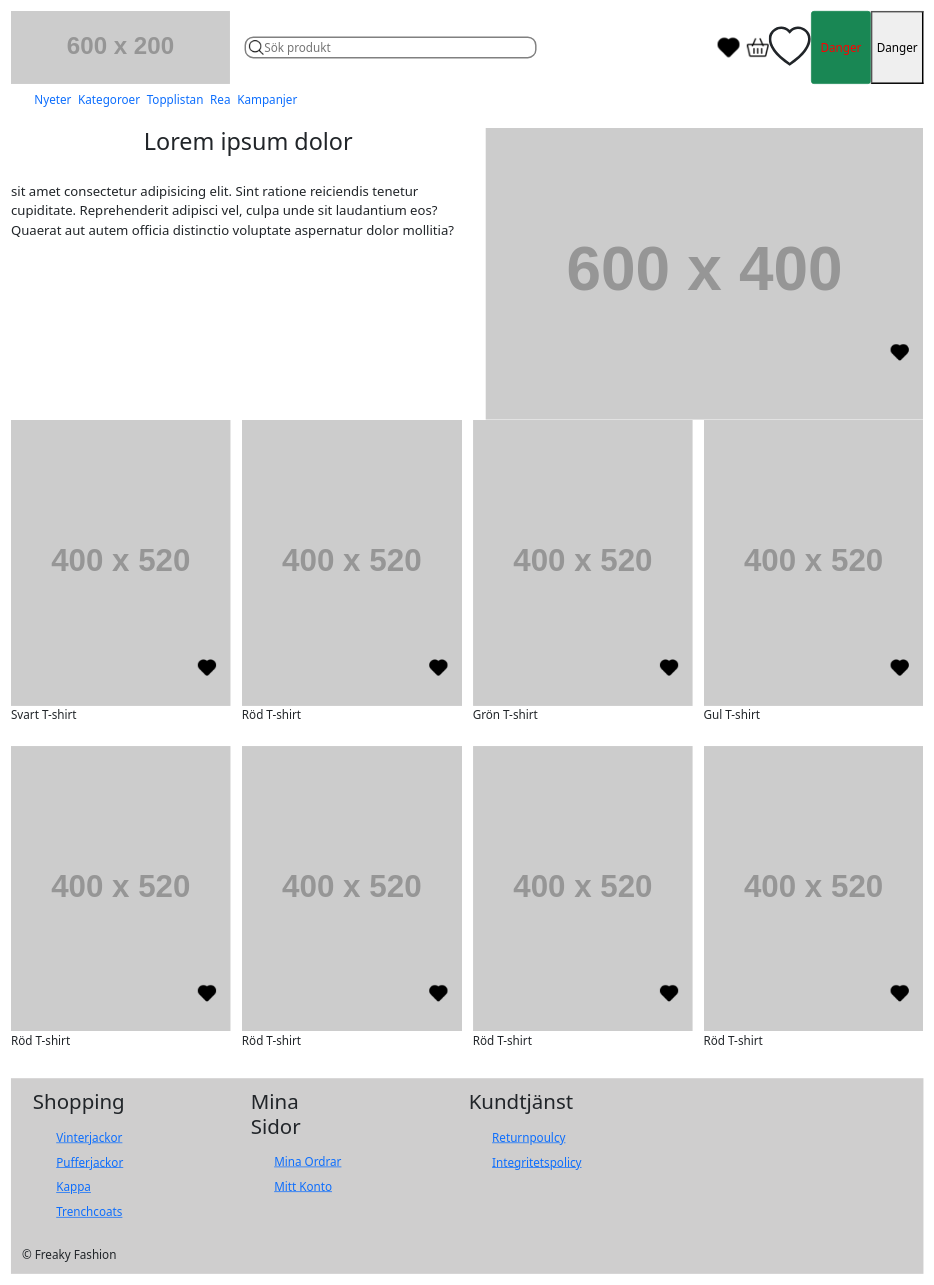
Repository: Kalle1995/project
Page: index.html
The author's editor kept a copy of each file at every save. The page is drawn from the files as they stood at one save, then again after the next save.
The browser window is 1280 px wide. The pictures show the whole page, at 73% of full size.

Above is the page before, as saved 2024-10-06 19:17:52.

### index.html
<!DOCTYPE html>
<html lang="sv">

<head>
  <meta charset="UTF-8" />
  <meta name="viewport" content="width=device-width, initial-scale=1.0" />
  <title>Freaky Fashion</title>

  <link rel="stylesheet" href="main.css" />
  <link href="https://cdn.jsdelivr.net/npm/bootstrap@5.0.2/dist/css/bootstrap.min.css" rel="stylesheet" integrity="sha384-EVSTQN3/azprG1Anm3QDgpJLIm9Nao0Yz1ztcQTwFspd3yD65VohhpuuCOmLASjC" crossorigin="anonymous">
</head>

<body>
  <header>
    <section>
      <div class="wholeHead">
        <img src="https://placehold.co/600x200 " alt="icon" class="icon" />

        <div class="searchAndIcons">
          <input type="search" placeholder="Sök produkt" class="search">
          <div class="headIcons">
            <a href="#"><img src="bilder/full heart.png" alt="favourite"></a>
            <a href="#"><img src="bilder/cart.png" alt="cart"></a>
          </div>
        </div>

        <svg class="heart" xmlns="http://www.w3.org/2000/svg" width="100" height="100" fill="currentColor" class="bi bi-heart" viewBox="0 0 16 16">
          <path d="m8 2.748-.717-.737C5.6.281 2.514.878 1.4 3.053c-.523 1.023-.641 2.5.314 4.385.92 1.815 2.834 3.989 6.286 6.357 3.452-2.368 5.365-4.542 6.286-6.357.955-1.886.838-3.362.314-4.385C13.486.878 10.4.28 8.717 2.01zM8 15C-7.333 4.868 3.279-3.04 7.824 1.143q.09.083.176.171a3 3 0 0 1 .176-.17C12.72-3.042 23.333 4.867 8 15"/>
        </svg>

        <button type="button" class="custom btn btn-success">Danger</button>
        <button type="button">Danger</button>
      </div

      <!-- jag behöver fixa att man kan sriva och iconen förvinner -->
      <!-- om, jag har div för input typ så den ta hela raden -->

      <div>
        <nav class="NavList">
          <ul>
            <li class="nav-list-item"><a href="#">Nyeter</a></li>
            <li class="nav-list-item hide-on-mobile ejnav"><a href="#">Kategoroer</a></li>
            <li class="nav-list-item"><a href="#">Topplistan</a></li>
            <li class="nav-list-item"><a href="#">Rea</a></li>
            <li class="nav-list-item"><a href="#">Kampanjer</a></li>
          </ul>
        </nav>
      </div>

      <!-- <dl> och <dt> använda man i detta falet  -->

    </section>
  </header>

  <main>
    <section class="mid">
      <article>
        <fieldset class="head">
          <img class="head-image" src="https://placehold.co/600x400" alt="" class="loremPic">
          <div>
            <h2 class="head-title">Lorem ipsum dolor</h2>
            <p class="head-text">
              <br>sit amet consectetur adipisicing elit. Sint ratione reiciendis tenetur cupiditate. Reprehenderit
              adipisci
              vel, culpa unde sit laudantium eos? Quaerat aut autem officia distinctio voluptate aspernatur dolor
              mollitia?
            </p>
          </div>
        </fieldset><img class="product-icon" src="bilder/full heart.png" alt="">
      </article>
    </section>
    <section class="products">
      <!-- grid container -->
      <div class="product">
        <img class="product-icon" src="bilder/full heart.png" alt="">
        <img class="product-pic" src="https://placehold.co/400x520/png?text=Black+T-shirt" alt="Svart T-shirt" />
        <p>Svart T-shirt</p>
      </div>

      <div class="product">
        <img class="product-icon" src="bilder/full heart.png" alt="">
        <img class="product-pic" src="https://placehold.co/400x520/png?text=Red+T-shirt" alt="" />
        <p>Röd T-shirt</p>
      </div>

      <div class="product">
        <img class="product-icon" src="bilder/full heart.png" alt="">
        <img class="product-pic" src="https://placehold.co/400x520/png?text=Green+T-shirt" alt="" />
        <p>Grön T-shirt</p>
      </div>

      <div class="product">
        <img class="product-icon" src="bilder/full heart.png" alt="">
        <img class="product-pic" src="https://placehold.co/400x520/png?text=Gul+T-shirt" alt="" />
        <p>Gul T-shirt</p>

      </div>

      <div class="product">
        <img class="product-icon" src="bilder/full heart.png" alt="">
        <img class="product-pic" src="https://placehold.co/400x520/png?text=Red+T-shirt" alt="">
        <p>Röd T-shirt</p>
      </div>

      <div class="product">
        <img class="product-icon" src="bilder/full heart.png" alt="">
        <img class="product-pic" src="https://placehold.co/400x520/png?text=Red+T-shirt" alt="">
        <p>Röd T-shirt</p>
      </div>

      <div class="product">
        <img class="product-icon" src="bilder/full heart.png" alt="">
        <img class="product-pic" src="https://placehold.co/400x520/png?text=Red+T-shirt" alt="">
        <p>Röd T-shirt</p>
      </div>

      <div class="product">
        <img class="product-icon" src="bilder/full heart.png" alt="">
        <img class="product-pic" src="https://placehold.co/400x520/png?text=Red+T-shirt" alt="">
        <p>Röd T-shirt</p>
      </div>
    </section>
  </main>

  <br>

  <footer class="normal-footer">
    <div class="list-container">
        <div class="list">
            <h3>Shopping</h3>
            <li>
                <ul><a href="#">Vinterjackor</a></ul>
                <ul><a href="#">Pufferjackor</a></ul>
                <ul><a href="#">Kappa</a></ul>
                <ul><a href="#">Trenchcoats</a></ul>
            </li>
        </div>

        <div class="list">
            <h3>Mina Sidor</h3>
            <li>
                <ul><a href="#">Mina Ordrar</a></ul>
                <ul><a href="#">Mitt Konto</a></ul>
            </li>
        </div>

        <div class="list">
            <h3>Kundtjänst</h3>
            <li>
                <ul><a href="#">Returnpoulcy</a></ul>
                <ul><a href="#">Integritetspolicy</a></ul>
            </li>
        </div>
    </div>

    <div class="Company">&copy; Freaky Fashion</div>
</footer>

  <footer class="small-footer">
    <div class="Company">&copy; Freaky Fashion SMALL</div>
  </footer>
</body>

</html>

### main.css
body {
    padding: 15px;
    font-size: 2em;
    display: grid;

}


.head-title {
    text-align: center;
}

.products {
    display: grid;
    gap: 15px;
}

ul {
    list-style-type: none;
    margin: 0;
    padding: 0;

}

.search {
    border: 2px solid gray;
    border-radius: 12px;
    padding: 5px;
    display: inline;
    background-image: url(bilder/search.png);
    background-repeat: no-repeat;
    background-position: 4px;
    padding-left: 25px;

}

.NavList {
    padding-bottom: 10px;
    padding-top: 10px;

}

.hide-on-mobile {
    display: none;
}

.nav-list-item {
    a {
        text-decoration: none;
    }
}

.product {
    position: relative;
}

.product-icon {
    right: 20px;
    bottom: 80px;
    position: absolute;
}

.product-pic {
    width: 100%;
    height: auto;
}

.head {
    display: flex;
    flex-direction: column;
}

.head-image {
    width: 100%;
}

.wholeHead {
    display: flex;
    flex-direction: row;
}

.searchAndIcons {
    width: 100%;
    display: flex;
    flex-direction: row;
    margin: auto 0 auto 20px;
}

.search {
    height: 30px;
    width: 100%;
    max-width: 400px;
    margin-right: 10px;
}

.headIcons {
    display: flex;
    gap: 10px;
    margin-right: 0;
    margin-left: auto;

    img {
        height: 30px;
    }
}

.icon {
    width: 300px;
}

.small-footer {
    display: none;
}


@media (max-width: 640px) {
    .mid {
        position: relative;
        display: block;
        font-size: medium;
    }

    li {
        margin-bottom: 3px;
    }

    .icon {
        width: 100%;
    }

    .wholeHead {
        flex-direction: column;
    }

    .search {
        height: 35px;
        width: 100%;
        max-width: 400px;
    }

    .headIcons {
        img {
            height: 35px;
        }
    }

    .searchAndIcons {
        margin-top: 10px;
        margin-left: 0;
    }

    .small-footer {
        display: block;
    }

    .normal-footer {
        display: none;
    }
}

@media (min-width: 640px) {
    .products {
        grid-template-columns: repeat(2, 1fr);
    }

    .mid {
        position: relative;
        display: block;
        font-size: large;
    }

    li {
        display: inline;
        margin-right: 5px;
    }
}

body {
    font-size: 1.5em;
}

@media (min-width: 1024px) {
    .products {
        grid-template-columns: repeat(4, 1fr);
    }

    body {
        font-size: 1em;
    }

    .listan {
        display: flex;
    }

    li {
        display: inline;
        margin-right: 5px;
    }

    .hide-on-mobile {
        display: inline-block;
    }

    .head {
        flex-direction: row-reverse;
    }
}





/*
    @media (max-width:1024px) {
        .ejnav {
            display: none;
        }

      }
*/



/*
      @media print {
        body {
            font-size: 4em;
        }
        img {
            display: none;
        }
      }
*/



/*
här för Nyproduckt sidan
*/


header>h3 {
    position: absolute;
    left: 10px;
    bottom: auto;
}

.vänster {
    display: grid;
    grid-template-rows: 100%;
    background-color: gray;
}


.liggTill {
    hero-text button: hover
}


/*
kassa sidan
*/

.kassa {
    text-align: center;

}






.buy>button {
    display: grid;
    align-items: center;
    width: 80px;
    height: 30px;
    background-color: rgb(255, 255, 255);
    margin-left: 50%;
    font-weight: bold;
    border-radius: 10px;

}


.custom.btn-success {
    color: red;
}

.no-space {
    margin: 0;
    padding: 0;
    border: none;
    border-top: 1px solid black;
    /* Valfri färg eller stil på linjen */
}


.normal-footer {
    padding: 15px;
    background-color: rgb(207, 206, 206)
}

.list-container {
    display: inline-flex;
    justify-content: space-between;
    /* Ser till att listorna sprids ut jämnt */
    gap: 150px;
    /* Mellanrum mellan listorna */
}

.list {
    flex: 1;
    /* Gör att listorna tar upp lika mycket plats */
    padding-left: 15px;
}

.list h3 {
    margin-bottom: 20px;
}

.list li {
    list-style-type: none;
    /* ingen punkter i listan */
    padding: 0;
}

.list li ul {
    margin-bottom: 10px;
}




/*
Administration
*/

.AD {
    width: 115%;
    padding-left: 15px;
    margin-left: -25px;
    margin-top: -25px;
    float: left;
    font-style: normal;
    background-color: rgb(0, 0, 0);
    position: relative;
    display: flex;
    color: white;
}

.PR {
    background-color: rgb(209, 209, 208);
    height: auto;
    margin-left: -25px;
    padding-left: 20px;
    margin-right: auto;
    padding-right: 70px;
    padding-top: 15px;
    font-weight: bold;
    position: relative;
}

.AR {
    position: relative;
    ;
    left: 200px;
    top: -40px;

}













/*

.Company{
    text-align: center;
    bottom: auto;
}

After the next save:
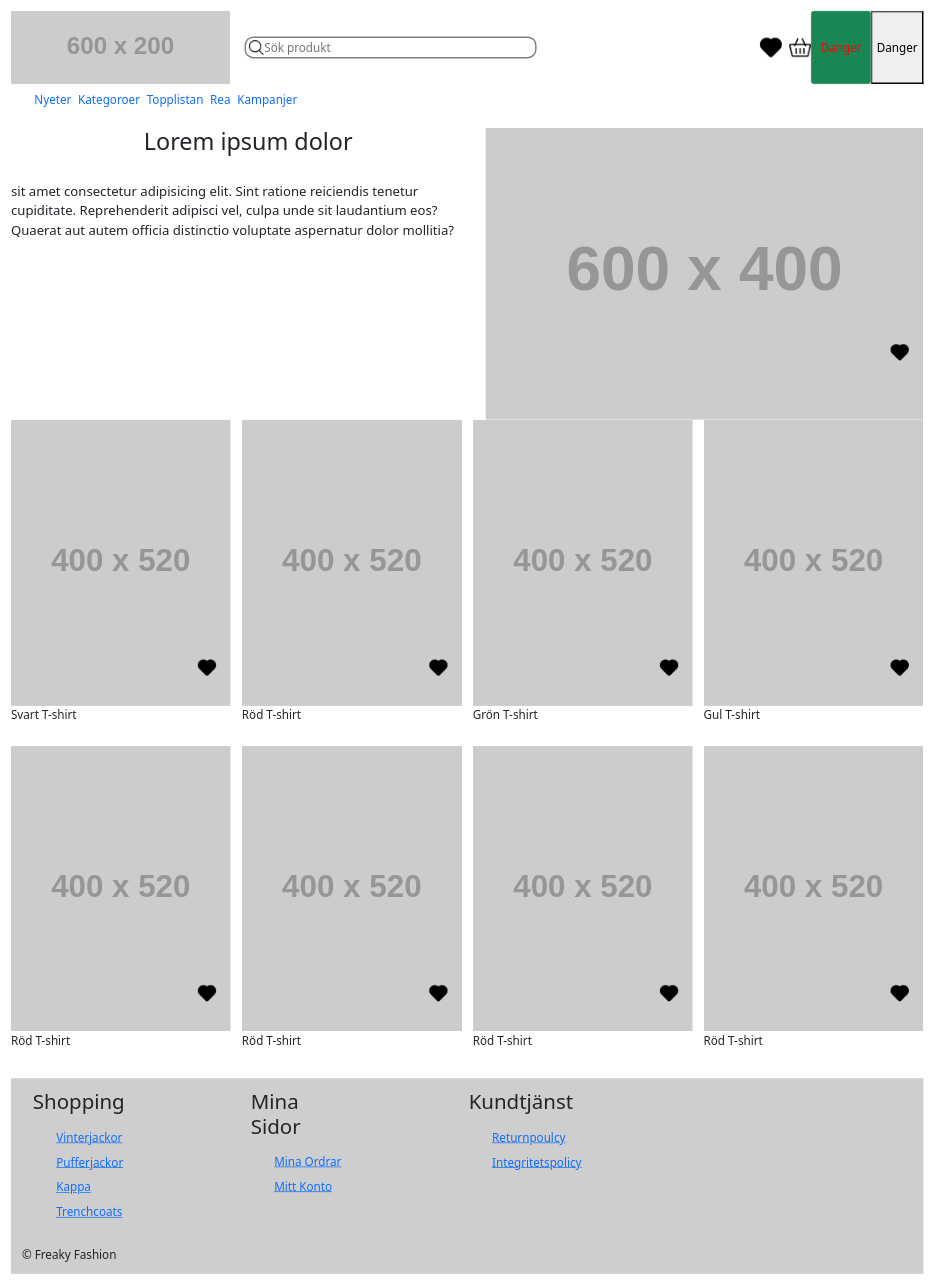
Saved 7 s later.
--- a/index.html
+++ b/index.html
@@ -23,10 +23,6 @@
             <a href="#"><img src="bilder/cart.png" alt="cart"></a>
           </div>
         </div>
-
-        <svg class="heart" xmlns="http://www.w3.org/2000/svg" width="100" height="100" fill="currentColor" class="bi bi-heart" viewBox="0 0 16 16">
-          <path d="m8 2.748-.717-.737C5.6.281 2.514.878 1.4 3.053c-.523 1.023-.641 2.5.314 4.385.92 1.815 2.834 3.989 6.286 6.357 3.452-2.368 5.365-4.542 6.286-6.357.955-1.886.838-3.362.314-4.385C13.486.878 10.4.28 8.717 2.01zM8 15C-7.333 4.868 3.279-3.04 7.824 1.143q.09.083.176.171a3 3 0 0 1 .176-.17C12.72-3.042 23.333 4.867 8 15"/>
-        </svg>
 
         <button type="button" class="custom btn btn-success">Danger</button>
         <button type="button">Danger</button>
